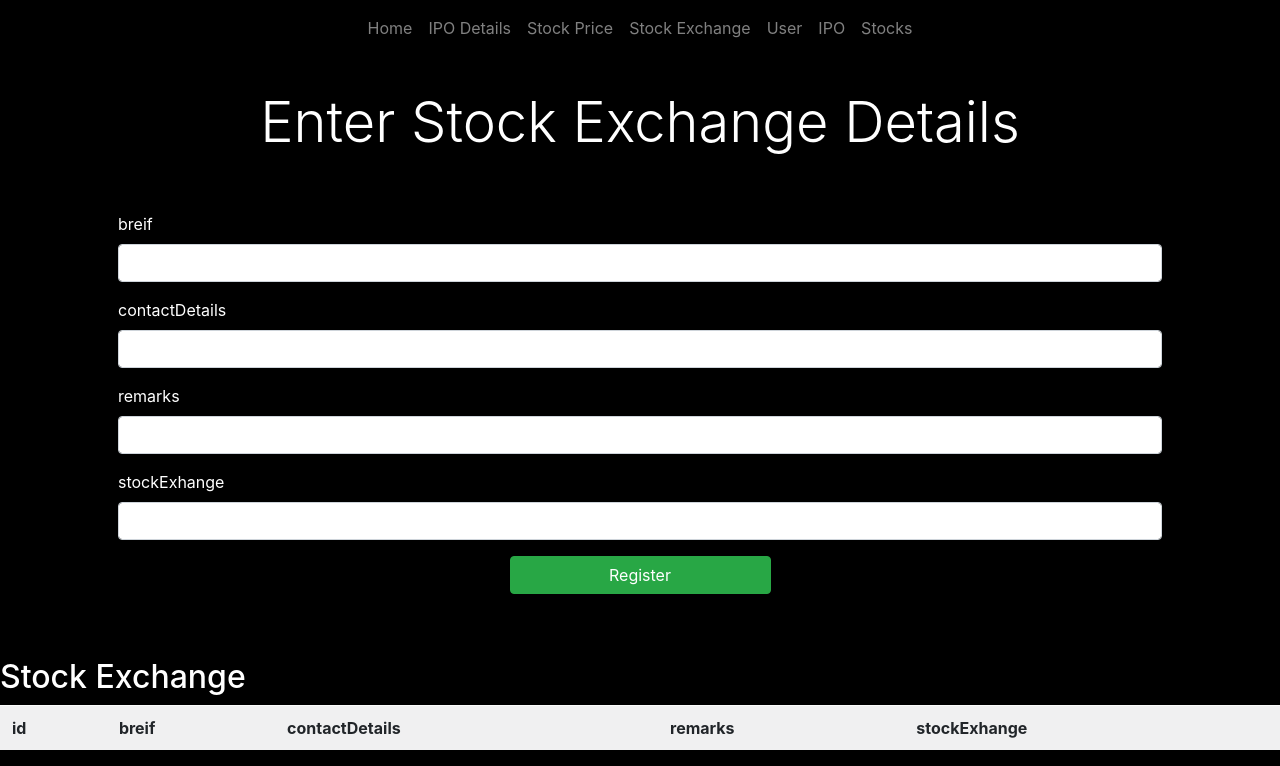
Repository: Gurudutt-S/cts-training
Page: http://localhost/StockExchangeChartingWeb/WEB-INF/views/stockExchanges.jsp
An editor plug-in stored every save of this project. The page is shown before and after the next save, followed by the edit.
The browser window is 1280 px wide. The pictures show the whole page.
The page is served by Tomcat 9. Nobody is signed in. The template is opened directly, without the code that normally fills it, so the values that code supplies are empty.

Above is the page before, as saved 2020-02-12 10:23:42.
Console error (its wording comes from the project's code and is left out).

After the next save:
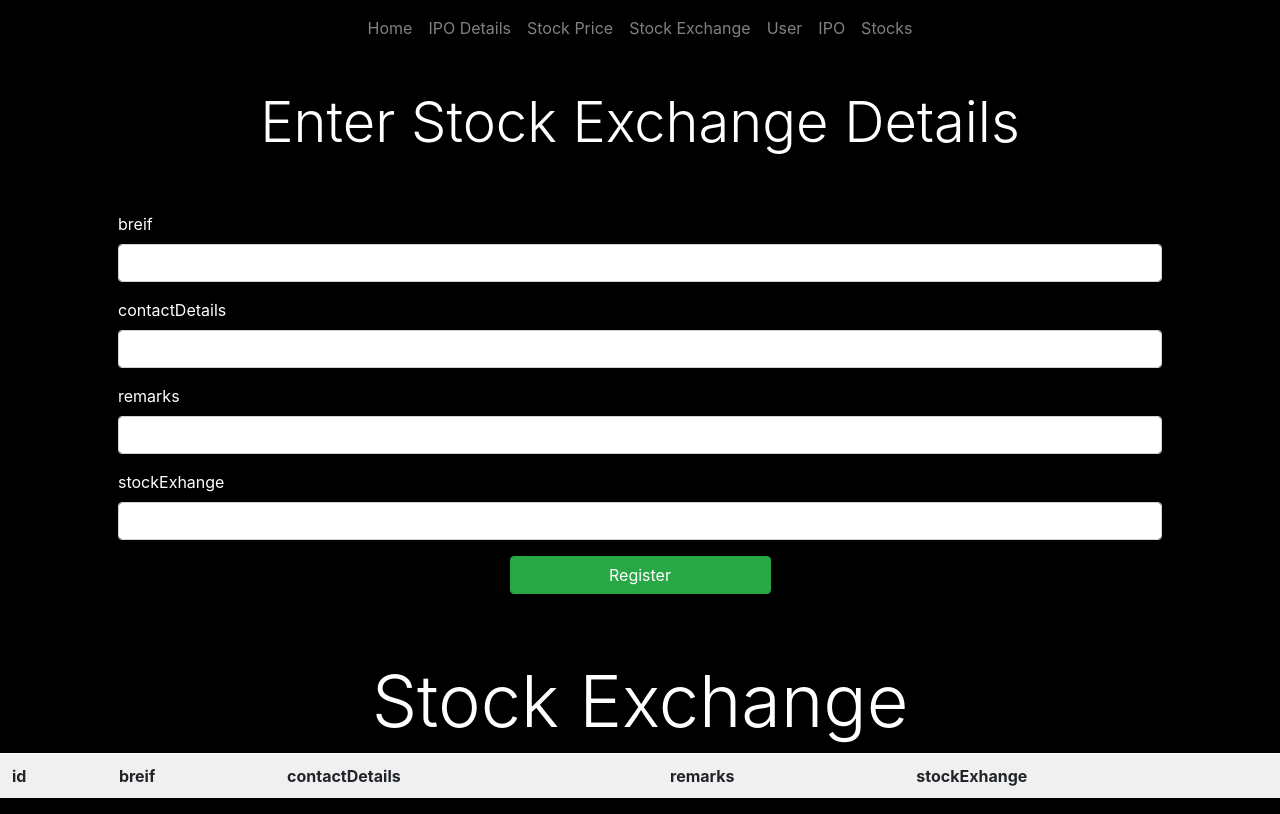
Saved 41 s later.
--- a/Day_36/StockExchangeChartingWeb/src/main/webapp/WEB-INF/views/stockExchanges.jsp
+++ b/Day_36/StockExchangeChartingWeb/src/main/webapp/WEB-INF/views/stockExchanges.jsp
@@ -32,7 +32,7 @@
 </div>
 
 
-<h2>Stock Exchange</h2>
+<h2 class="display-3 text-center">Stock Exchange</h2>
 <div>
 	<table class="table table-striped table-hover table-light">
 		<tr>
